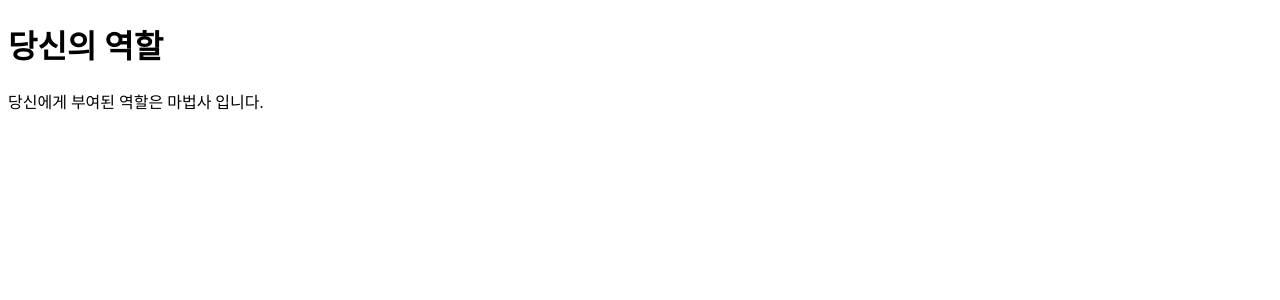
Repository: HeeMang28/jsp
Page: http://localhost/JSPBasic/jsptag/tag_quiz04.jsp
An editor plug-in stored every save of this project. The page is shown before and after the next save, followed by the edit.
The browser window is 1280 px wide. The pictures show the whole page.
The page is served by Tomcat 9.

Above is the page before, as saved 2022-03-24 09:45:44.

After the next save:
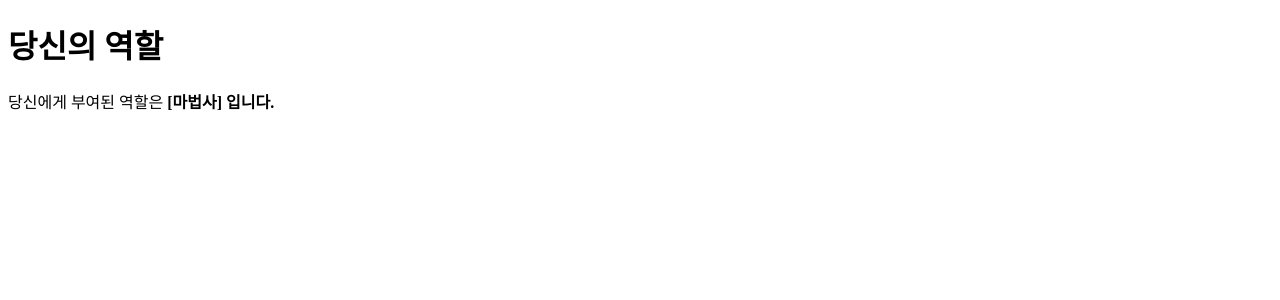
Saved 21 s later.
--- a/JSPBasic/src/main/webapp/jsptag/tag_quiz04.jsp
+++ b/JSPBasic/src/main/webapp/jsptag/tag_quiz04.jsp
@@ -17,6 +17,6 @@
 	String job = jobs[r];
 %>
 	<h1>당신의 역할</h1>
-	당신에게 부여된 역할은 <%= job %> 입니다.
+	당신에게 부여된 역할은 <b>[<%= job %>]<b/> 입니다.
 </body>
 </html>
